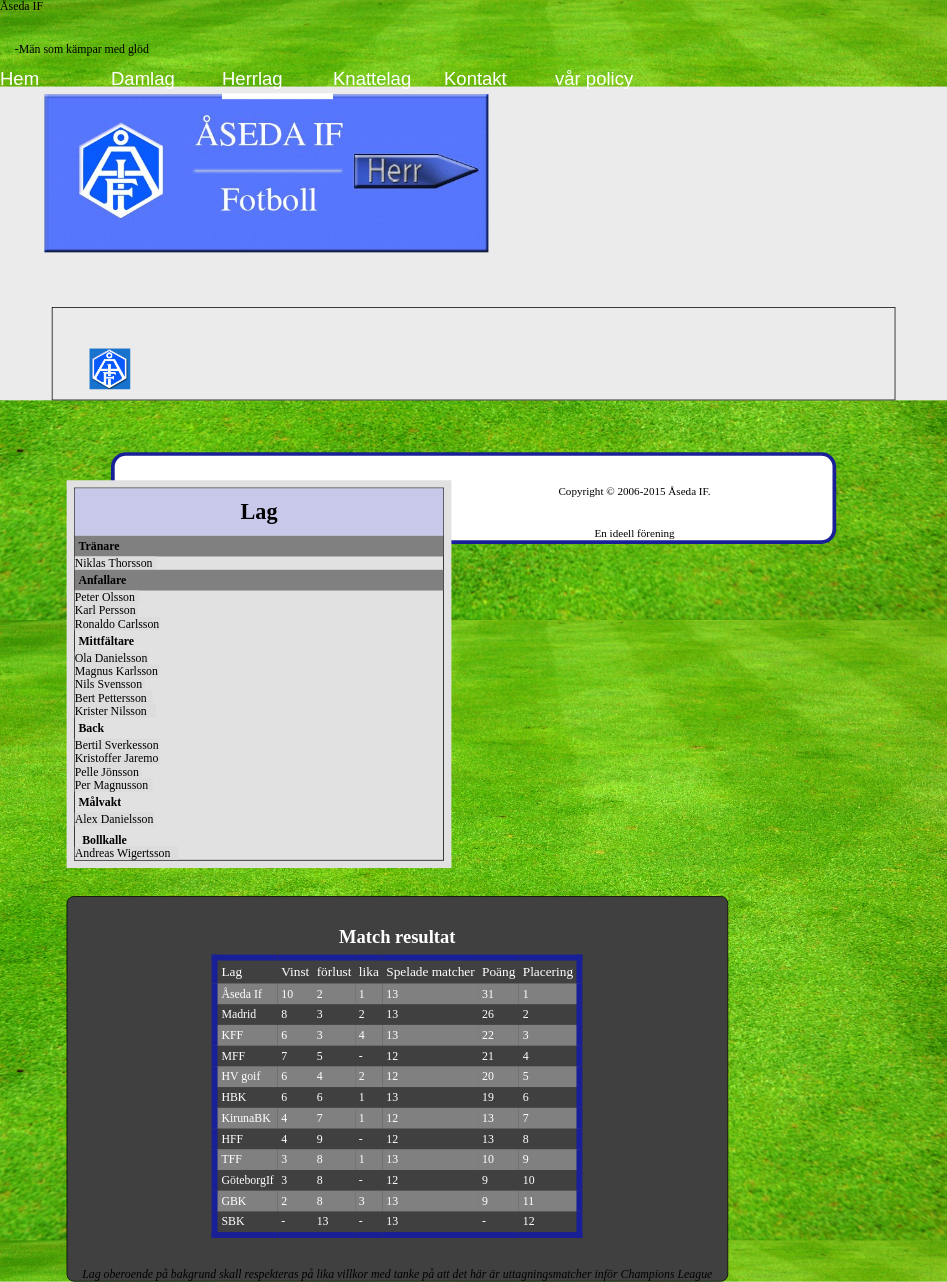
Repository: alexanderdanielsson28/ProjektAsedaIF
Page: html/Herrlag.html
The author's editor kept a record of every edit. The page is drawn from the files as they stood at one moment, then again after the next edit.
The browser window is 1280 px wide. The pictures show the whole page, at 74% of full size.
Backgrounds fixed to the window are drawn as part of the page.

Above is the page before.

After the next edit:
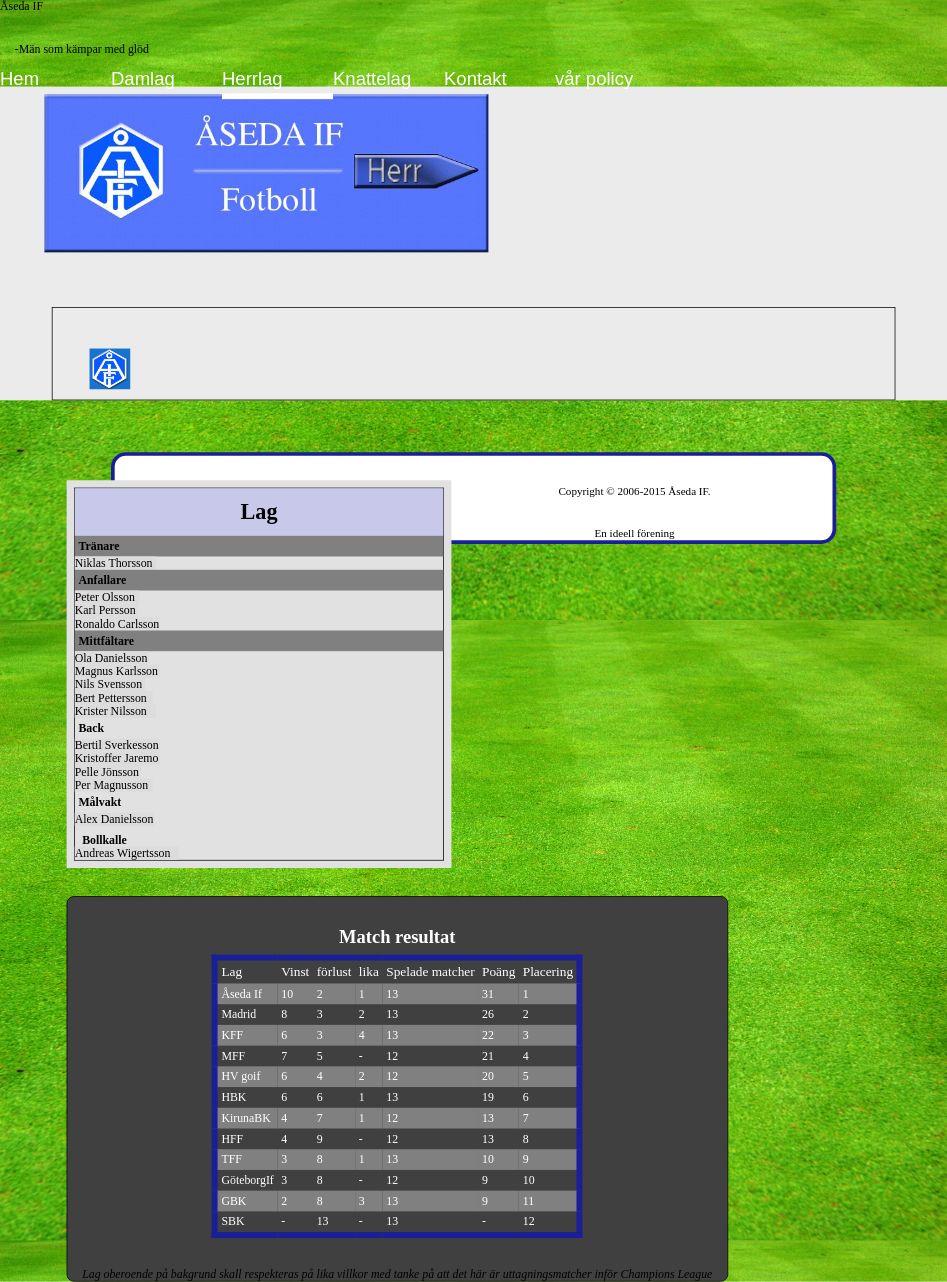
The edit:
--- a/html/Herrlag.html
+++ b/html/Herrlag.html
@@ -71,7 +71,7 @@
                     <li class="lag" id="zlatan">Karl Persson</li>
                     <li class="lag" id="ronaldo">Ronaldo Carlsson</li>
                 </ol>
-                <h4 id="head44">Mittfältare</h4>
+                <h4 id="head44" class="gro">Mittfältare</h4>
                 <ol id="listen">
                     <li class="lag" id="ola">Ola Danielsson</li>
                     <li class="lag" id="magnus">Magnus Karlsson</li>
